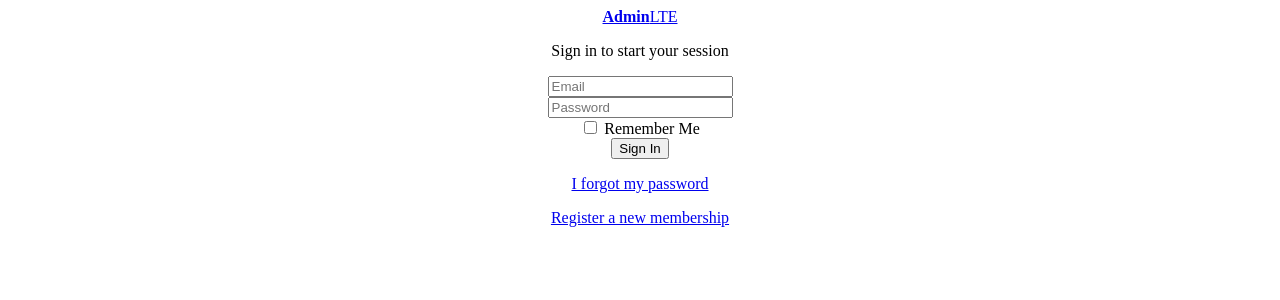
Repository: loy18/SPRING
Page: http://localhost/egovProj/WEB-INF/views/security/loginForm.jsp
An editor plug-in stored every save of this project. The page is shown before and after the next save, followed by the edit.
The browser window is 1280 px wide. The pictures show the whole page.
The page is served by Tomcat 9. Nobody is signed in. The template is opened directly, without the code that normally fills it, so the values that code supplies are empty.

Above is the page before, as saved 2022-11-21 02:43:45.

After the next save:
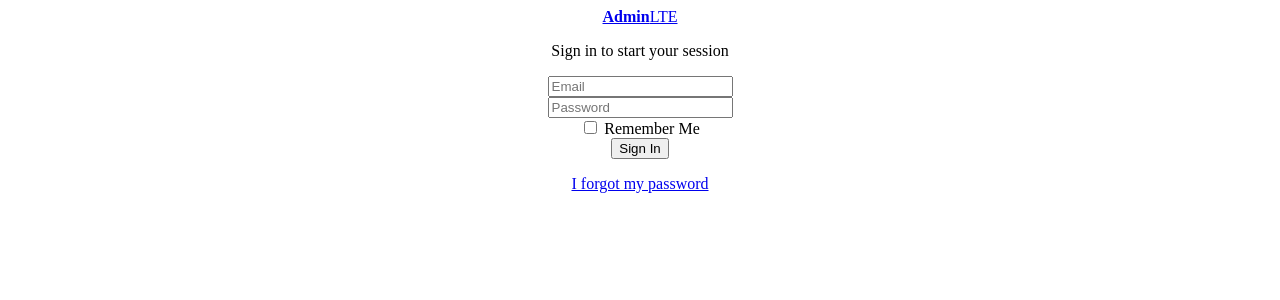
Saved 5 s later.
--- a/egovProj/src/main/webapp/WEB-INF/views/security/loginForm.jsp
+++ b/egovProj/src/main/webapp/WEB-INF/views/security/loginForm.jsp
@@ -48,10 +48,6 @@
 			<p class="mb-1">
 				<a href="forgot-password.html">I forgot my password</a>
 			</p>
-			<p class="mb-0">
-				<a href="register.html" class="text-center">Register a new
-					membership</a>
-			</p>
 		</div>
 
 	</div>
